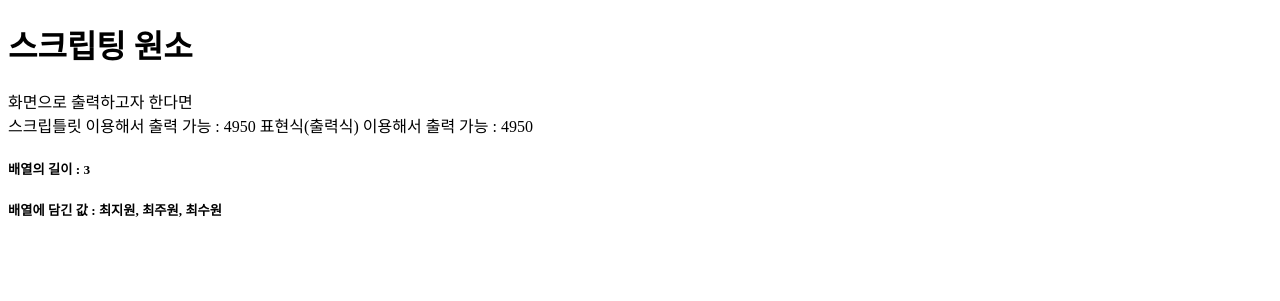
Repository: hyerangbi/Servlet
Page: http://localhost/JSP/views/01_ScriptingElement.jsp
An editor plug-in stored every save of this project. The page is shown before and after the next save, followed by the edit.
The browser window is 1280 px wide. The pictures show the whole page.
The page is served by Tomcat 10.

Above is the page before, as saved 2024-09-10 02:27:15.

After the next save:
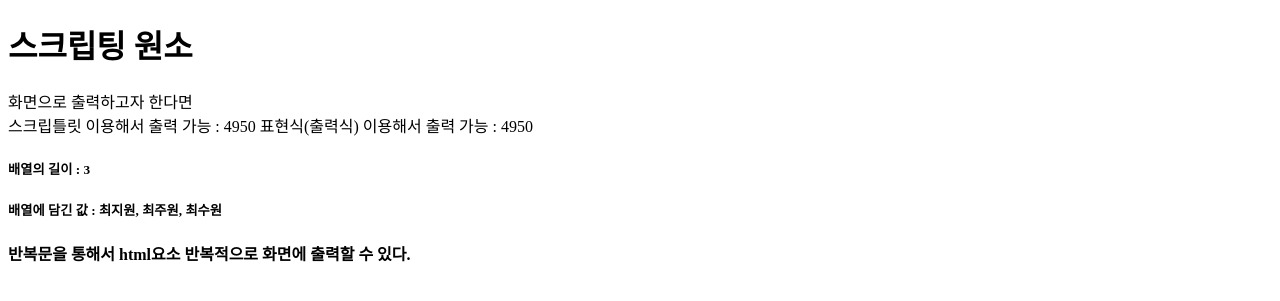
Saved 52 s later.
--- a/7_JSP/JSP/src/main/webapp/views/01_ScriptingElement.jsp
+++ b/7_JSP/JSP/src/main/webapp/views/01_ScriptingElement.jsp
@@ -32,5 +32,7 @@
 
 	<h5> 배열의 길이 : <%=nameArr.length %></h5>
 	<h5> 배열에 담긴 값 : <%=String.join(", ", nameArr) %></h5>
+
+	<h4> 반복문을 통해서 html요소 반복적으로 화면에 출력할 수 있다.</h4>
 </body>
 </html>
